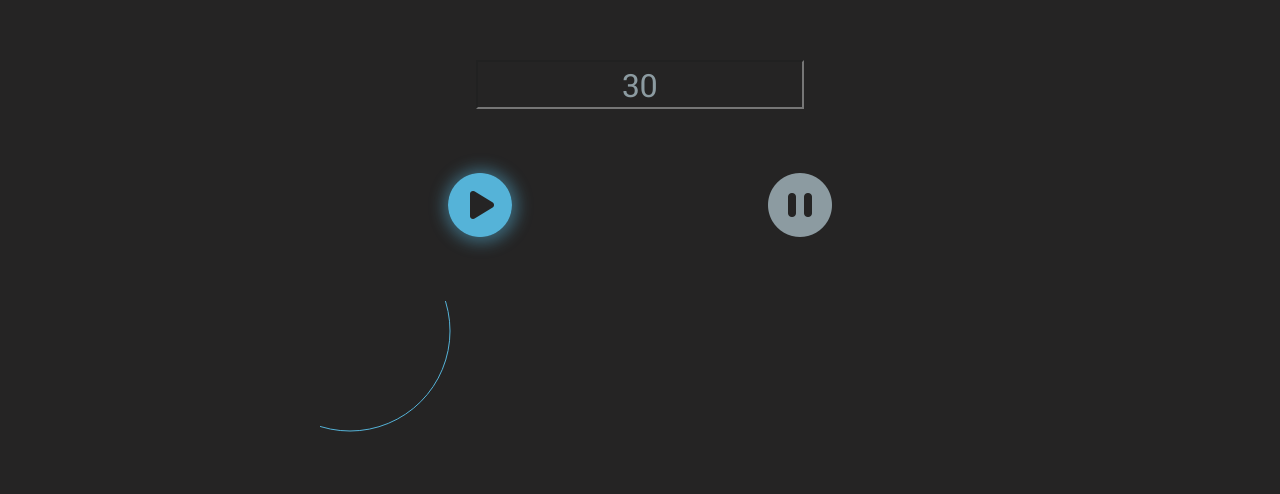
Repository: Sbethm/javascript-challenges
Page: index.html
These files come from the project's save history. The page is drawn as it stood at one moment and after a run of saves; the edit follows.
The browser window is 1280 px wide. The pictures show the whole page.
Some web libraries are served in a nearby version. The style sheet was rebuilt from its Sass, Less or Tailwind sources for each picture, by a compiler version that may differ from the author's.

Above is the page before, as saved 2021-09-17 15:40:46.

### index.html
<!DOCTYPE html>
<html lang="en">
<head>
    <meta charset="UTF-8">
    <meta http-equiv="X-UA-Compatible" content="IE=edge">
    <meta name="viewport" content="width=device-width, initial-scale=1.0">
    <link rel="stylesheet" href="./CSS/main.css">
    <link rel="preconnect" href="https://fonts.googleapis.com">
    <link rel="preconnect" href="https://fonts.gstatic.com" crossorigin>
    <link href="https://fonts.googleapis.com/css2?family=Roboto+Slab&display=swap" rel="stylesheet">
    <script src="https://kit.fontawesome.com/4348baf125.js" crossorigin="anonymous"></script>
    <title>SarahMoosa: JavaScript Challenges</title>
</head>
<body>
    <header></header>
    <main>
        <div class="container">
            <svg>
                <circle r="100" cx="30" cy="30"\>
            </svg>
            <input type="text" value="30">
            <i class="fas fa-play-circle active"></i>
            <i class="fas fa-pause-circle"></i>
        </div>
    </main>
    <script src="./JS/timerClass.js"></script>
    <script src="./JS/apps.js"></script>
</body>
</html>

### JS/timerClass.js
class Timer {
    constructor(durationInput, playBtn, pauseBtn) {
        this.durationInput = durationInput;
        this.playBtn = playBtn;
        this.pauseBtn = pauseBtn;

        this.playBtn.addEventListener('click', this.start);
        this.pauseBtn.addEventListener('click', this.pause);
    }

    start = () => {
        this.tick();
        this.interval = setInterval(this.tick, 1000);

        playBtn.classList.remove('active');
        pauseBtn.classList.add('active');
        // for(let i = durationInput; durationInput > 0; i--){
        //     setTimeout(this.tick, 1000);
        // }
    };

    pause = () => {
        clearInterval(this.interval);

        pauseBtn.classList.remove('active');
        playBtn.classList.add('active');
    };

    tick = () => {
        if(this.timeRemaining > 0){
            this.timeRemaining = this.timeRemaining - 1;
        } else {
            this.pause();
        }

    };

    get timeRemaining () {
        return parseFloat(this.durationInput.value);
    }
    set timeRemaining (time) {
        this.durationInput.value = time;
    }
}

### JS/apps.js
const playBtn = document.querySelector('.fa-play-circle ');
const pauseBtn = document.querySelector('.fa-pause-circle ');
const input = document.querySelector('input');

//Reusable Timer Class


const timer1 = new Timer(input, playBtn, pauseBtn);








// //FUNCTIONS
// function startTimer() {
//     let inputNum = document.querySelector('input').value;

//     let countDownNum = Number(inputNum);

//     if(!countDownNum || countDownNum !== Math.floor(countDownNum)) {
//         console.log("WHOLE NUMBERS ONLY!")
//     } else {
//         countDownNum--;
//         inputNum = countDownNum;
//         console.log(inputNum);
//     }
// }

// function pauseTimer() {

// }



// playBtn.addEventListener('click', () => {
//     //Btn style change
//     playBtn.classList.remove('active');
//     pauseBtn.classList.add('active');

//     //Input countdown
//     startTimer()


// })

// pauseBtn.addEventListener('click', () => {
//     //Btn style change
//     pauseBtn.classList.remove('active');
//     playBtn.classList.add('active');

//     //Pause Timer
//     pauseTimer();
// })

### SCSS/main.scss
@import "./variables";

body {
    background-color: rgb(37, 36, 36);
    margin: 0;
}

main{
    height: 100vh;
    display: flex;
    align-items: center;
    justify-content: center;
}




.container {
    display: grid;
    grid-template-columns: Max(8rem, 50%) Max(8rem, 50%);
    grid-row: 25% 75%;
    width: Max(500px, 50%);
    padding: 1em;
    margin: 0 auto;
    //Used to style Input font
    font-family: 'Roboto Slab', serif;
    font-size: 2rem;
}

svg{
    width: 100%;
    height: 50vh;


    & circle {
        fill: rgb(37, 36, 36);
        stroke: $activeColor;
    }
}

input {
    width: 50%;
    grid-area: 1 / 1 / 2 / 3;
    margin: 0 auto;
    background-color:  rgb(37, 36, 36);
    text-align: center;
    //Uses styles from parent .container
    font-family: inherit;
    font-size: 100%;
}

input[type='text']{
    color: $inactiveColor;
}

i {
    margin: 1em auto;
    font-size: Max(2rem, 4rem);
    color: $inactiveColor;
    border-radius: 50%;
}

.fa-play-circle {
    grid-area: 2 / 1 / 3 / 2;
}

.fa-pause-circle {
    grid-area: 2 / 2 / 3 / 3;
}

.active {
    color: $activeColor;
    box-shadow: 1px 1px 15px 5px rgba(85,179,216,0.46);
}
// rgb(85, 179, 216)
.inactive {
    color: $inactiveColor;
    box-shadow: none;
}

### SCSS/_variables.scss
//COLORS
$activeColor: hsl(197, 63%, 59%);
$inactiveColor: hsl(197, 10%, 59%);

After the next 3 saves:
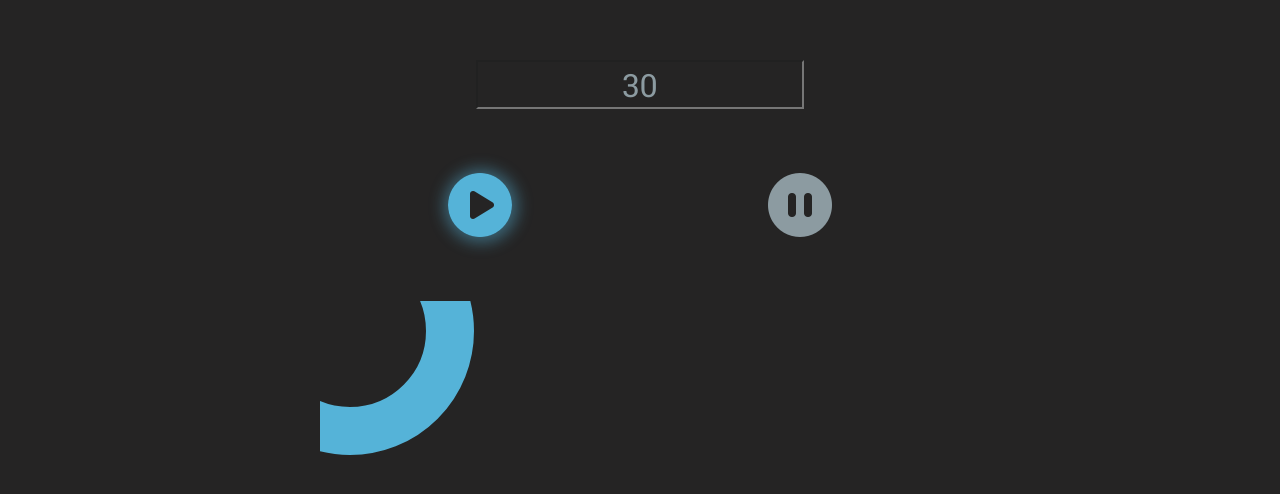
The 3 saves are shown as one change because 1 did not build or start and some came seconds apart.
The last was saved 62 s later.
--- a/SCSS/main.scss
+++ b/SCSS/main.scss
@@ -35,6 +35,7 @@ svg{
     & circle {
         fill: rgb(37, 36, 36);
         stroke: $activeColor;
+        stroke-width: 3rem;
     }
 }
 
